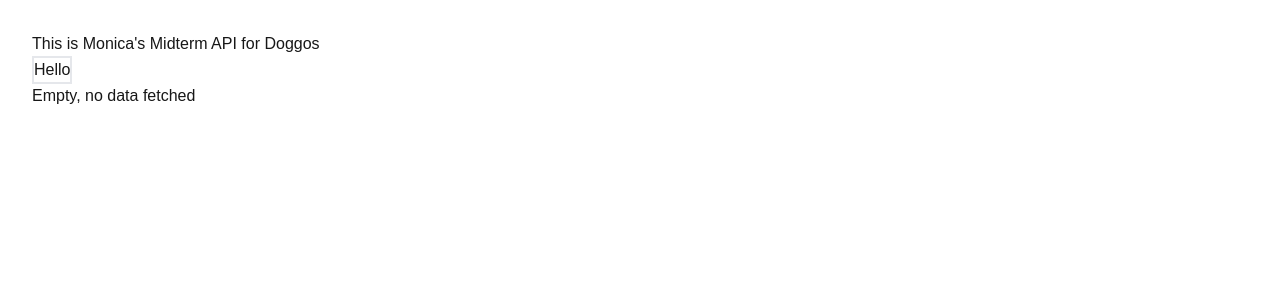
Repository: MonicaNguyenH/MDIA3126
Page: /apiMidtermDogapi (app in midterm-prep/)
An editor plug-in stored every save of this project. The page is shown before and after the next save, followed by the edit.
The browser window is 1280 px wide. The pictures show the whole page.
The page's requests for data from a server got no answer. The project was rebuilt for these pictures with package versions that can differ from the ones it lists, and the page was loaded fresh each time. The framework's server and built-in components were replaced by stand-ins that run in the browser. No one was signed in, and anything a server would have sent is missing. Also part of the build but not shown: midterm-prep/next.config.mjs.

Above is the page before, as saved 2024-11-05 12:38:05.

After the next save:
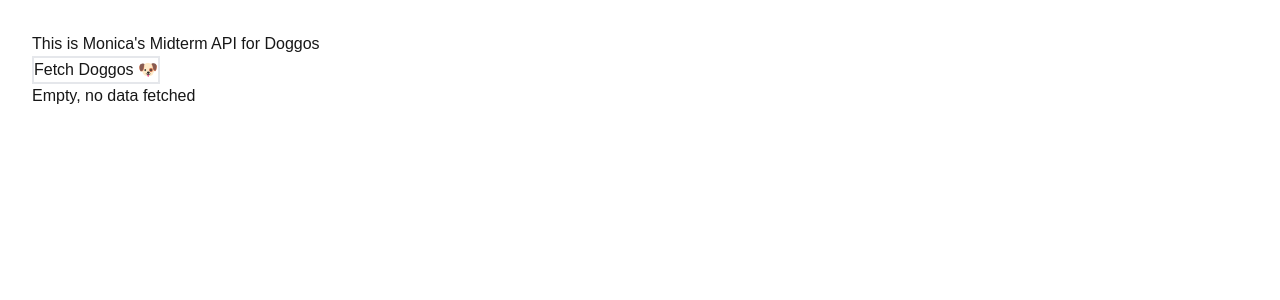
Saved 2 min 27 s later.
--- a/midterm-prep/src/app/apiMidtermDogapi/page.js
+++ b/midterm-prep/src/app/apiMidtermDogapi/page.js
@@ -1,53 +1,37 @@
-"use client"
+"use client";
 import { useState } from "react";
-
-// TODO
-// - add button
-// - function to fetch data
-// - fuction to add data to state
-// - make it responsive
-// - display data
-// - function to clear data
-// - component for empty state
-// = component for data state
-// - error handling if the data doesnt come back
 
 export default function Home() {
     const API_KEY = process.env.NEXT_PUBLIC_DOG_CEO_API_KEY;
+    const API_URL = `https://api.thedogapi.com/v1/images/search?limit=8&has_breeds=1`;
 
     const [dogData, setDogData] = useState(null);
-    const [loading, setLoading] = useState(null);
+    const [loading, setLoading] = useState(false);
     const [error, setError] = useState(null);
 
     async function fetchDogData() {
         setLoading(true);
-        const response = await fetch(`https://api.thedogapi.com/v1/images/search?limit=8&has_breeds=1&api_key=${API_KEY}`);
-
-        const data = await response.json();
-
-        setDogData(data);
-        setLoading(false);
+        setError(null); // Reset error state before fetching
 
         try {
-            const response = await fetch(API_URL,
-                {
-                    headers: {
-                        'x-api-key': API_KEY,
-                    }
-                }
-            );
-            console.log('API Key:', API_KEY);
-            if(!response.ok) {
-                throw new Error ('Network response was not ok');
+            const response = await fetch(API_URL, {
+                headers: {
+                    'x-api-key': API_KEY,
+                },
+            });
+
+            if (!response.ok) {
+                throw new Error('Network response was not ok');
             }
+
             const data = await response.json();
-            setData(data);
+            setDogData(data);
         } catch (error) {
             setError(error.message);
         } finally {
             setLoading(false);
         }
-    };
+    }
 
     const DisplayDogData = () => {
         if (loading) return <div>Loading...</div>;
@@ -56,8 +40,8 @@ export default function Home() {
 
         return (
             <section>
-                {dogData.map((entry, i) => (
-                    <article key={i}>
+                {dogData.map((entry, index) => (
+                    <article key={index}>
                         <img src={entry.url} alt="Dog" />
                         {entry.breeds && entry.breeds.length > 0 ? (
                             <div>
@@ -74,27 +58,24 @@ export default function Home() {
         );
     };
 
-    const Header = () => {
-        return (
-            <>
-                This is Monica's Midterm API for Doggos
-                <br />
-                <button
-                    disabled={loading}
-                    className="border-solid border-2"
-                    onClick={fetchDogData}>
-                        Hello
-                </button>
-            </>
-        )
-    }
+    const Header = () => (
+        <>
+            This is Monica's Midterm API for Doggos
+            <br />
+            <button
+                disabled={loading}
+                className="border-solid border-2"
+                onClick={fetchDogData}
+            >
+                Fetch Doggos 🐶
+            </button>
+        </>
+    );
 
     return (
-        <>
-            <div className="m-8">
-                <Header />
-                <DisplayDogData />
-            </div>
-        </>
-    )
+        <div className="m-8">
+            <Header />
+            <DisplayDogData />
+        </div>
+    );
 }
